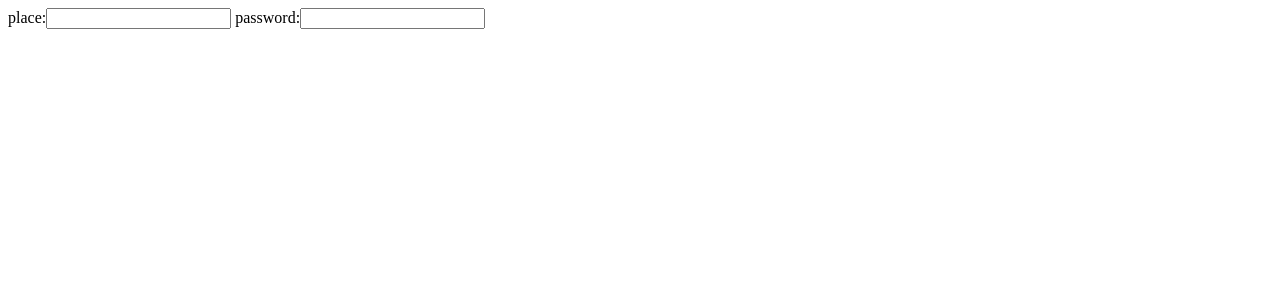
Repository: viveknaidu007/repo-113-HTML
Page: 9.html
The author's editor kept a copy of each file at every save. The page is drawn from the files as they stood at one save, then again after the next save.
The browser window is 1280 px wide. The pictures show the whole page.

Above is the page before, as saved 2024-06-14 22:19:19.

### 9.html
<!DOCTYPE html>
<html>
    <head>
        <title> forms demo</title>
    </head>

    <body>
        <form>
            place:<input type="text">
            password:<input type="password"
        </form>
    </body>
</html>

After the next save:
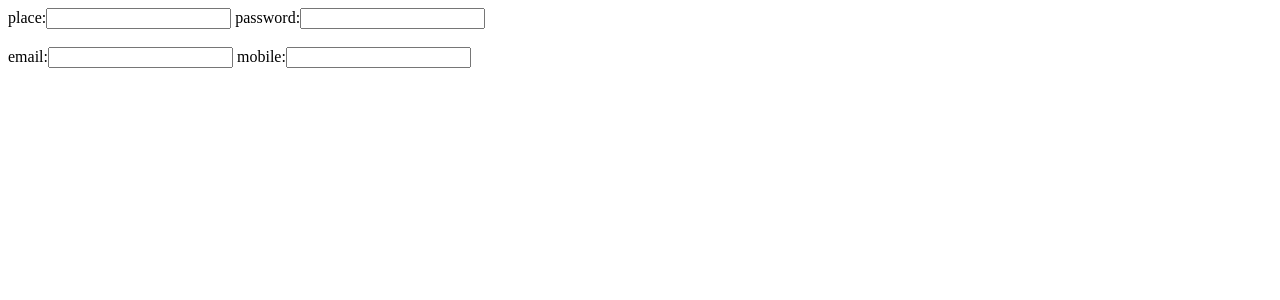
Saved 3 min 23 s later.
--- a/9.html
+++ b/9.html
@@ -7,7 +7,9 @@
     <body>
         <form>
             place:<input type="text">
-            password:<input type="password"
+            password:<input type="password"> <br> <br>
+            email:<input type="email">
+            mobile:<input type="tel">
         </form>
     </body>
 </html>
